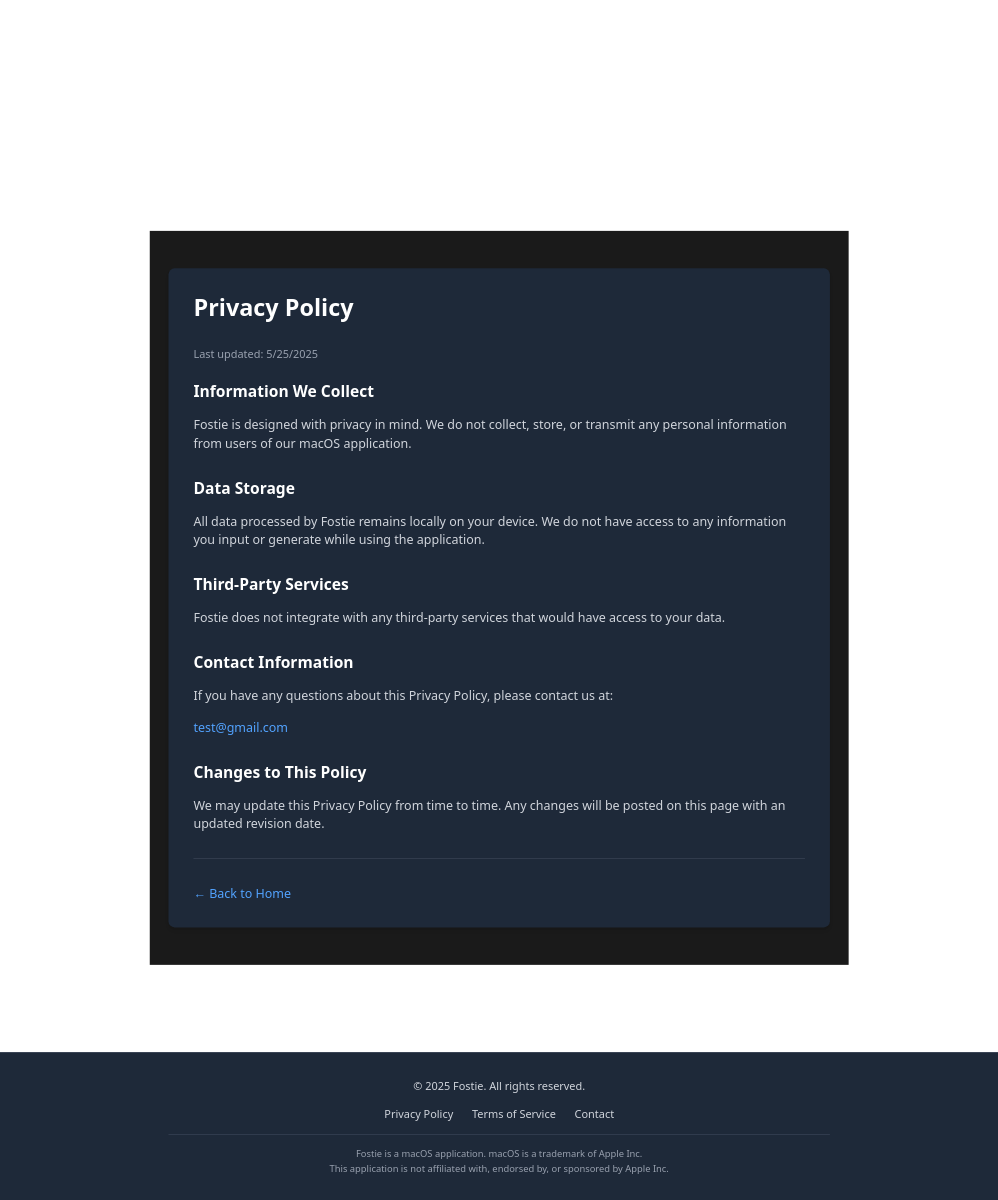
Repository: atimael/fostie-web
Page: /privacy
The author's editor kept a copy of each file at every save. The page is drawn from the files as they stood at one save, then again after the next save.
The browser window is 1280 px wide. The pictures show the whole page, at 78% of full size.
The project was rebuilt for these pictures with package versions that can differ from the ones it lists, and the page was loaded fresh each time. The framework's server and built-in components were replaced by stand-ins that run in the browser. Also part of the build but not shown: next.config.js.

Above is the page before, as saved 2025-05-26 21:50:09.

After the next save:
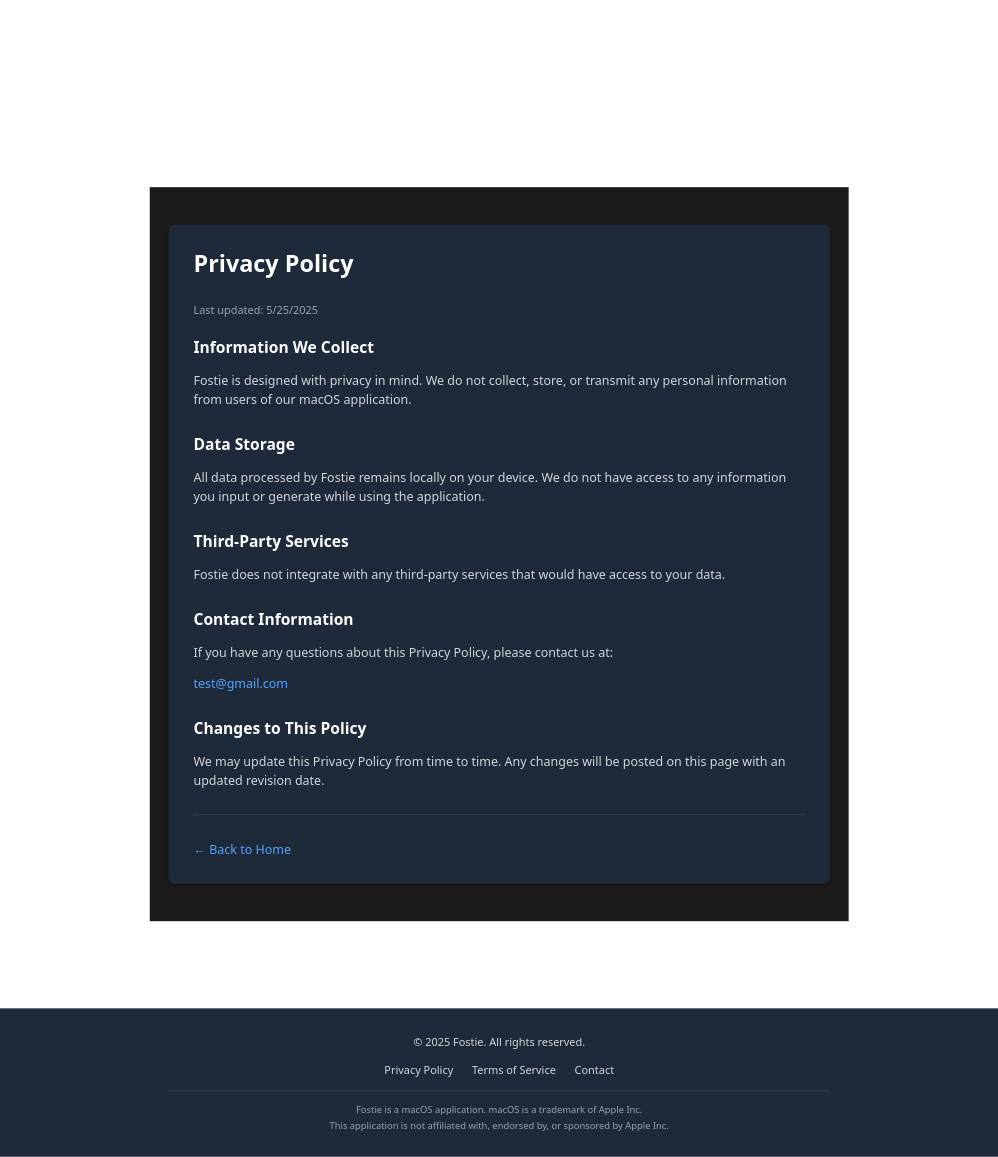
Saved 24 s later.
--- a/components/header.tsx
+++ b/components/header.tsx
@@ -1,7 +1,7 @@
 export default function Header() {
   return (
     <header className="justify-between flex items-center dark:text-white">
-      <div className="max-w-4xl mx-auto px-6 py-8">
+      <div>
         <h1 className="text-4xl font-bold  text-center">Fostie</h1>
       </div>
 
